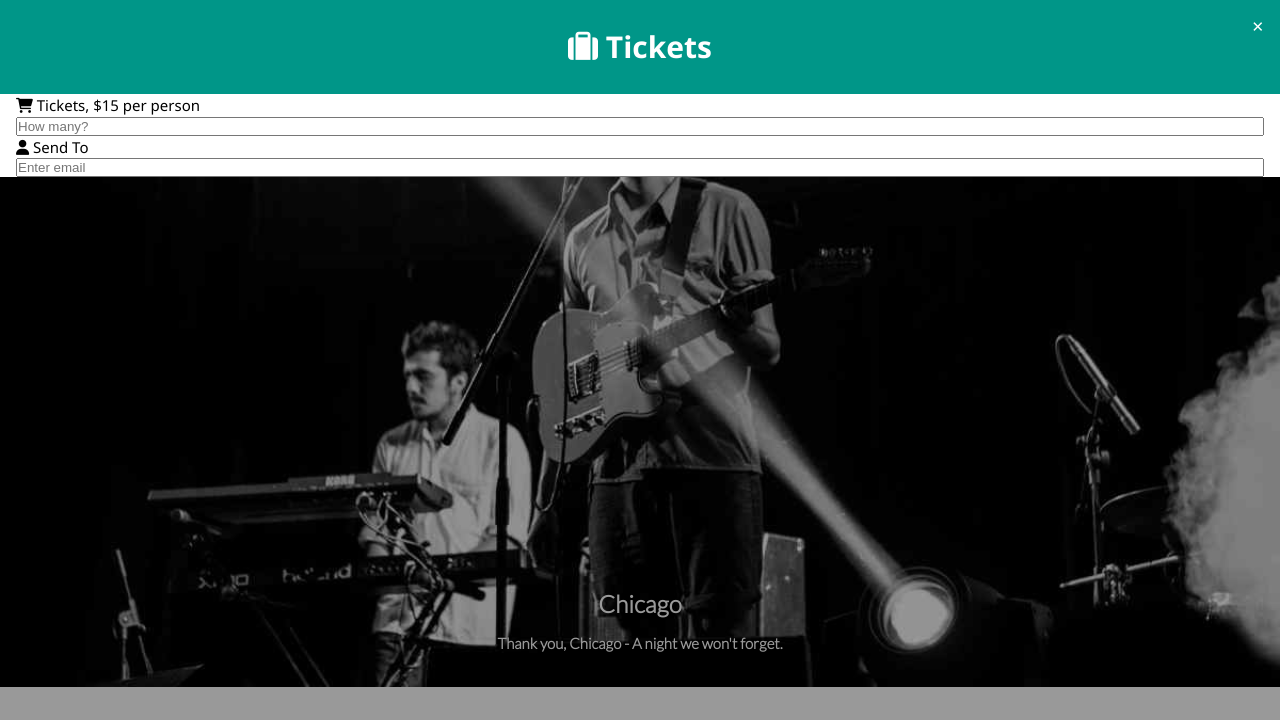
Repository: vanmanhAI/project-03-w3
Page: index.html
The author's editor kept a copy of each file at every save. The page is drawn from the files as they stood at one save, then again after the next save.
The browser window is 1280 px wide. The pictures show the window.
A layer covers the whole window, so only the first screen is drawn. Some web libraries are served in a nearby version.

Above is the page before, as saved 2022-07-11 16:21:56.

### index.html
<!DOCTYPE html>
<html lang="en">
<head>
    <meta charset="UTF-8">
    <meta http-equiv="X-UA-Compatible" content="IE=edge">
    <meta name="viewport" content="width=device-width, initial-scale=1.0">
    <title>Document</title>
    <link rel="stylesheet" href="./assets/css/style.css">
    <!-- icons -->
    <link rel="stylesheet" href="https://cdnjs.cloudflare.com/ajax/libs/font-awesome/6.1.1/css/all.min.css" integrity="sha512-KfkfwYDsLkIlwQp6LFnl8zNdLGxu9YAA1QvwINks4PhcElQSvqcyVLLD9aMhXd13uQjoXtEKNosOWaZqXgel0g==" crossorigin="anonymous" referrerpolicy="no-referrer" />
    <!-- font -->
    <link rel="preconnect" href="https://fonts.googleapis.com">
<link rel="preconnect" href="https://fonts.gstatic.com" crossorigin>
<link href="https://fonts.googleapis.com/css2?family=Lato:wght@300&display=swap" rel="stylesheet">
</head>
<body>
    <div id="main">
        <div id="header">
            <ul id="nav">
                <li><a href="#">home</a></li>
                <li><a href="#content-band">band</a></li>
                <li><a href="#content-tour">tour</a></li>
                <li><a href="#">contact</a></li>
                <li>
                    <a href="#">
                        more
                        <i class="fa-solid fa-caret-down subnav-caret"></i>
                    </a>
                    <ul class="subnav">
                        <li><a href="#">merchandise</a></li>
                        <li><a href="#">extras</a></li>
                        <li><a href="#">media</a></li>
                    </ul>
                </li>
            </ul>
            <i class="fa-solid fa-magnifying-glass header-search"></i>
        </div>

        <div id="slider">
            <div class="slider-desc">
                <h3 class="slider-name">chicago</h3>
                <b class="slider-content">Thank you, Chicago - A night we won't forget.</b>
            </div>
        </div>

        <div id="content">
            <div class="content-section" id="content-band">
                <h3 class="section-heading" >the band</h3>
                <p class="section-sub-heading">We love music</p>
                <p class="about">We have created a fictional band website. Lorem ipsum dolor sit amet, consectetur adipiscing elit, sed do eiusmod tempor incididunt ut labore et dolore magna aliqua. Ut enim ad minim veniam, quis nostrud exercitation ullamco laboris nisi ut aliquip ex ea commodo consequat. Duis aute irure dolor in reprehenderit in voluptate velit esse cillum dolore eu fugiat nulla pariatur. Excepteur sint occaecat cupidatat non proident, sunt in culpa qui officia deserunt mollit anim id est laborum consectetur adipiscing elit, sed do eiusmod tempor incididunt ut labore et dolore magna aliqua. Ut enim ad minim veniam, quis nostrud exercitation ullamco laboris nisi ut aliquip ex ea commodo consequat.</p>
                <div class="members-list">
                    <div class="member-item">
                        <p class="member-name">name</p>
                        <img src="./assets/img/Band/member1.jpg" alt="name" class="member-img">
                    </div>
                    <div class="member-item">
                        <p class="member-name">name</p>
                        <img src="./assets/img/Band/member1.jpg" alt="name" class="member-img">
                    </div>
                    <div class="member-item">
                        <p class="member-name">name</p>
                        <img src="./assets/img/Band/member1.jpg" alt="name" class="member-img">
                    </div>
                </div>
            </div>
            <div class="tour-section">
                <div class="content-section" id="content-tour">
                    <h3 class="section-heading text-white">tour dates</h3>
                    <p class="section-sub-heading text-white">Remember to book your tickets!</p>
                    <br>
                    <ul class="tickets-list">
                        <li>September <span class="sold-out">Sod out</span></li>
                        <li>October <span class="sold-out">Sold out</span></li>
                        <li>November <span class="quantity">3</span></li>
                    </ul>
                    <div class="places-list">
                        <div class="place-item">
                            <img src="./assets/img/Places/newyork.jpg" alt="New York" class="place-img">
                            <div class="place-body">
                                <h4 class="place-heading">new york</h4>
                                <p class="place-time">Fri 27 Nov 2016</p>
                                <p class="place-desc">Praesent tincidunt sed tellus ut rutrum sed vitae justo.</p>
                                <a href="#" class="place-buy-btn">Buy Tickets</a>
                            </div>
                        </div>
                        <div class="place-item">
                            <img src="./assets/img/Places/paris.jpg" alt="Paris" class="place-img">
                            <div class="place-body">
                                <h4 class="place-heading">paris</h4>
                                <p class="place-time">Sat 28 Nov 2016</p>
                                <p class="place-desc">Praesent tincidunt sed tellus ut rutrum sed vitae justo.</p>
                                <a href="#" class="place-buy-btn">Buy Tickets</a>
                            </div>
                        </div>
                        <div class="place-item">
                            <img src="./assets/img/Places/sanfran.jpg" alt="San Francisco" class="place-img">
                            <div class="place-body">
                                <h4 class="place-heading">san francisco</h4>
                                <p class="place-time">Sun 29 Nov 2016</p>
                                <p class="place-desc">Praesent tincidunt sed tellus ut rutrum sed vitae justo.</p>
                                <a href="#" class="place-buy-btn">Buy Tickets</a>
                            </div>
                        </div>
                    </div>
                </div>
            </div>
            <div class="content-section">
                <h3 class="section-heading">contact</h3>
                <p class="section-sub-heading">Fan? Drop a note!</p>
            </div>
        </div>
        <div id="footer"></div>
    </div>
    <div class="modal">
        <div class="modal-container">
            <div class="modal-header">
                <span class="modal-close">✕</span>
                <h3 class="modal-heading">
                    <i class="fa-solid fa-suitcase modal-bag"></i>
                    Tickets
                </h3>
            </div>
            <div class="modal-body">
                <label for="" class="modal-label">
                    <i class="fa-solid fa-cart-shopping modal-shopping"></i>
                    Tickets, $15 per person
                </label>
                <input type="text" name="" id="" placeholder="How many?" class="modal-input">
                <label for="" class="modal-label">
                    <i class="fa-solid fa-user modal-user"></i>
                    Send To
                </label>
                <input type="text" name="" id="" placeholder="Enter email" class="modal-input">
            </div>
        </div>
    </div>
</body>
</html>

### assets/css/style.css
* {
    padding: 0;
    margin: 0;
    box-sizing: border-box;
}
html {
    font-size: 62.5%;
}
:root {
    --lineheight-nav: 2.25rem;
    --padding-nav: 1.2rem;
}
.text-white {
    color: #fff;
}
#main {

}
#header {
    position: fixed;
    z-index: 1;
    top: 0;
    left: 0;
    right: 0;
    background: #000;
    font-size: 1.5rem;
    font-family: 'Lato', sans-serif;
    font-weight: bold;
    line-height: var(--lineheight-nav);
}
#header:after {
    content: "";
    display: block;
    clear: both;
}
#header .header-search {
    color: #fff;
    display: block;
    float: right;
    padding: var(--padding-nav) 2.4rem;
    line-height: var(--lineheight-nav);
    cursor: pointer;
}
#header .header-search:hover {
    background: #f44336
}
#header #nav>li {
    position: relative;
    text-align: center;
    cursor: pointer;
    float: left;
}
#header #nav>li>a {
    display: block;
    padding: var(--padding-nav) 2.4rem;
}
#header #nav>li:last-child:hover .subnav {
    width: 16rem;
}
#header #nav li:hover {
    background: #ccc;
}
#header #nav>li:hover>a {
    color: #000;
}
#nav li {
    list-style-type: none;
    position: relative;
}
#nav li .subnav-caret {
    text-transform: none;
    text-align: center;
}
#nav li a {
    color: #fff;
    text-decoration: none;
    text-transform: uppercase;
}
#nav .subnav {
    position: absolute;
    width: 0;
    overflow: hidden;
    top: 100%;
    left: 0;
    background: #fff;
    color: #000;
    box-shadow: 0 0 4px 0 #ccc;
    transition: width 0.3s linear;
}
#nav .subnav li {
    padding: 0.8rem 1.6rem;
    text-align: left;
    min-width: 16rem;
}
#nav .subnav li a {
    color: #000;
    text-transform: capitalize;
}
#slider {
    position: relative;
    margin-top: calc(var(--lineheight-nav) + 2*var(--padding-nav));
    background: #ccc;
    padding-top: 50%;
    max-height: 100vh;
    background: url('/assets/img/sliders/chicago.jpg') top/cover no-repeat
}
.slider-desc{
    position: absolute;
    bottom: 0;
    left: 50%;
    transform: translatex(-50%);
    color: #fff;
    padding: 3.2rem 1.6rem;
    text-align: center;
    font-size: 1.5rem;
    font-family: 'Lato', sans-serif;

}
.slider-name{
    text-transform: capitalize;
    font-size: 2.4rem;
    line-height: 3.6rem;
    margin: 1rem 0;
}
.slider-content{
    line-height: 1.5;
    font-size: 1.5rem;
}
#content {
    line-height: 1.5;
}
#content .content-section {
    max-width: 80rem;
    margin: 0 auto;
    padding: 6.4rem 1.6rem;
    font-size: 1.5rem;
    font-family: 'Lato', sans-serif;
}
#content .section-heading {
    font-size: 3rem;
    text-transform: uppercase;
    line-height: 4.5rem;
    margin: 1rem 0;
    text-align: center;
    letter-spacing: 0.4rem;
    font-family: "Segoe UI",Arial,sans-serif;
    font-weight: 400;
}
#content .section-sub-heading {
    text-align: center;
    font-style: italic;
    font-weight: 100;
    margin: 1.5rem 0;
}
#content .content-section .about {
    text-align: justify;
    font-weight: bold;
    margin: 1.5rem 0;
    word-spacing: 0.1rem;
}
#content .members-list {
    padding: 3.2rem 0;
    text-align: center;
}
#content .members-list:after {
    content: "";
    display: block;
    clear: both;
}
#content .member-item{
    float: left;
    width: calc(100%/3);
}
#content .members-list .member-name {
    margin: 1.5rem 0;
    text-transform: capitalize;
    font-weight: bold;
}
#content .members-list .member-img{
    width: 60%;
    border-radius: 0.4rem;
    margin: 0 0 1.6rem;
}
#content .tour-section {
    background: #000;
}
#content .tour-section .tickets-list {
    background: #fff;
    list-style-type: none;
}
#content .tickets-list li {
    padding: 0.8rem 1.6rem;
}
#content .tickets-list .sold-out {
    display: inline-block;
    padding: 0 0.8rem;
    color: #fff;
    background: #f44336;
    margin-left: 1.6rem;
    text-align: center;
    font-weight: bold;
}
#content .tickets-list .quantity {
    display: block;
    padding: 0 0.8rem;
    background: #000;
    color: #fff;
    border-radius: 50%;
    float: right;
    margin-right: 1.6rem;
}
#content .places-list {
    padding: 3.2rem 0.8rem;
    margin: 0 -1.6rem;
}
#content .places-list:after {
    content: "";
    display: block;
    clear: both;
}
#content .places-list .place-item {
    width: calc(100%/3);
    float: left;
    padding: 0 0.8rem 1.6rem;
}
#content .places-list .place-img {
    width: 100%;
    vertical-align: middle;
}
#content .places-list .place-img:hover {
    opacity: 0.6;
}
#content .places-list .place-body{
    background: #fff;
    padding: 0.015rem 1.6rem;
}
#content .places-list .place-heading{
    margin: 1.5rem 0;
    text-transform: capitalize;
    font-weight: 700;
}
#content .places-list .place-time{
    margin: 1.5rem 0;
}
#content .places-list .place-desc{
    margin: 1.5rem 0;
    font-weight: bold;
}
#content .places-list .place-buy-btn{
    display: inline-block;
    padding: 0.8rem 1.6rem;
    text-decoration: none;
    background: #000;
    color: #fff;
    margin-bottom: 1.6rem;
    font-weight: bold;
}
#content .places-list .place-buy-btn:hover {
    background: #ccc;
    color: #000;
}
.modal {
    position: fixed;
    z-index: 3;
    top: 0;
    left: 0;
    right: 0;
    bottom: 0;
    background: rgba(0, 0, 0, 0.4);
    font-size: 1.5rem;
    font-family: "Segoe UI",Arial,sans-serif;
    line-height: 2.25rem;
}
.modal-container {

}
.modal .modal-container .modal-header {
    position: relative;
    color: #fff;
    background: #009688;
    text-align: center;
    padding: 3.2rem 1.6rem;
}
.modal .modal-header .modal-close {
    position: absolute;
    top: 0;
    right: 0;
    line-height: 3.6rem;
    padding: 0.8rem 1.6rem;
}
.modal .modal-header .modal-close:hover {
    background: #ccc;
    color: #000;
}
.modal .modal-header .modal-heading {
    font-weight: 600;
    font-size: 3rem;
    lh
}
.modal-bag {

}
.modal .modal-container .modal-body {
    padding: 0.015rem 1.6rem;
    background: #fff;
}
.modal .modal-body .modal-label {
    display: block;
}
.modal-shopping {

}
.modal .modal-body .modal-input {
    display: block;
    width: 100%;
}
.modal-user {

}
.footer {

}

After the next save:
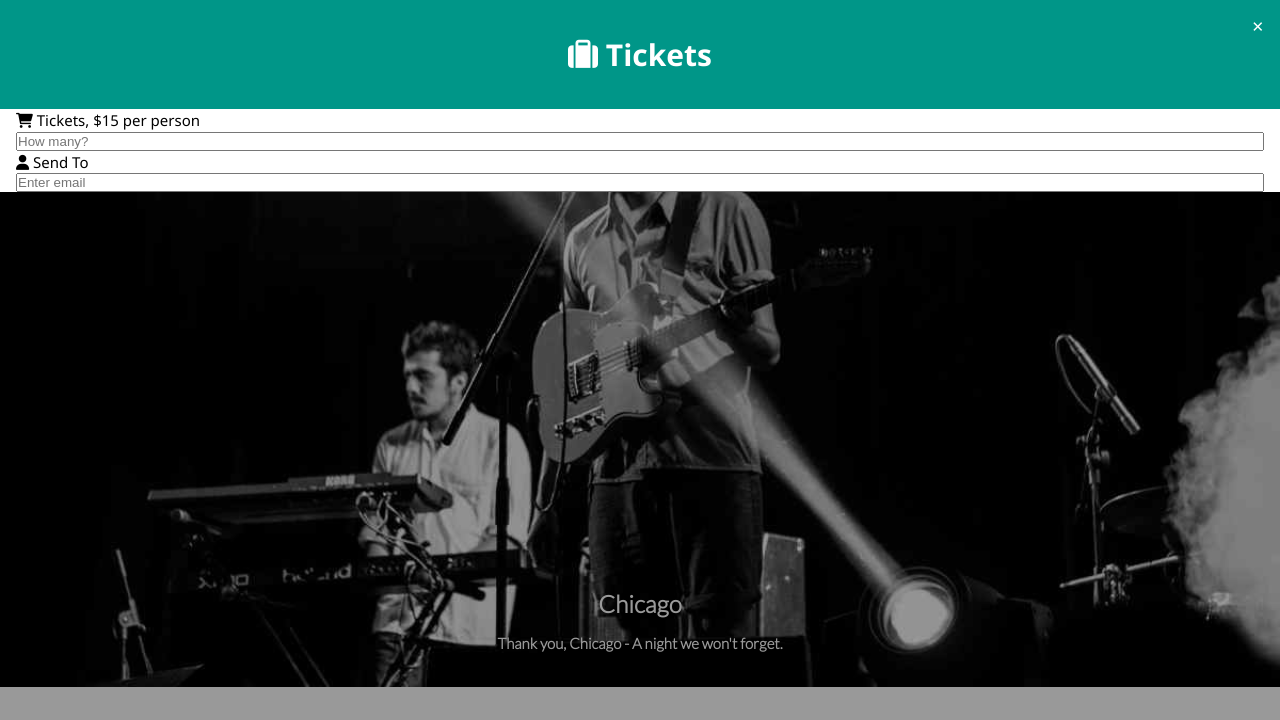
Saved 5 s later.
--- a/assets/css/style.css
+++ b/assets/css/style.css
@@ -295,7 +295,7 @@ html {
 .modal .modal-header .modal-heading {
     font-weight: 600;
     font-size: 3rem;
-    lh
+    line-height: 4.5rem;
 }
 .modal-bag {
 
